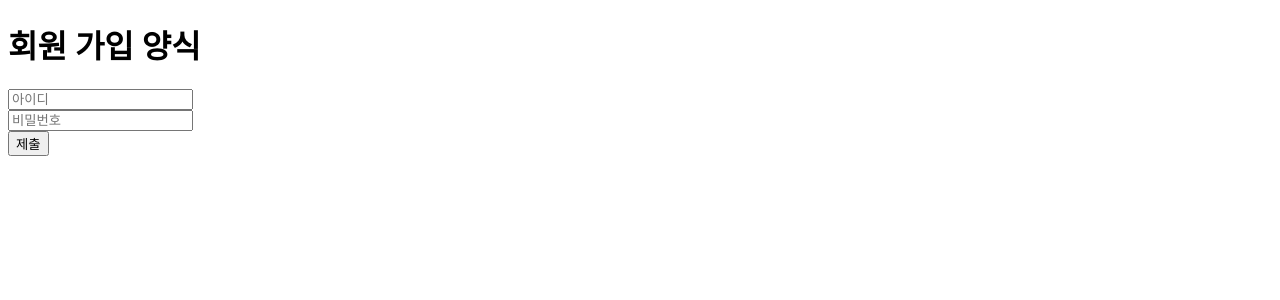
Repository: mickey530/jsp_practice
Page: http://localhost/JSPBasic/Formstudy/Formtest.jsp
These files come from the project's save history. The page is drawn as it stood at one moment and after the next save; the edit follows.
The browser window is 1280 px wide. The pictures show the whole page.
The page is served by Tomcat 9.

Above is the page before, as saved 2022-02-03 03:27:29.

After the next save:
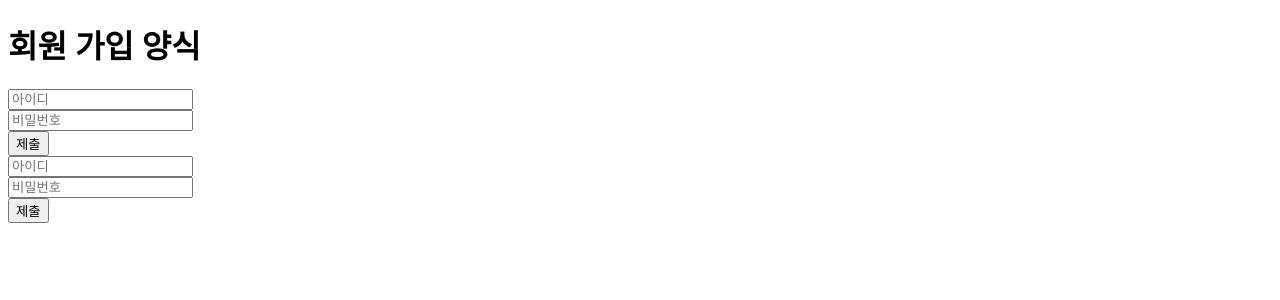
Saved 19 min 58 s later.
--- a/JSPBasic/src/main/webapp/Formstudy/Formtest.jsp
+++ b/JSPBasic/src/main/webapp/Formstudy/Formtest.jsp
@@ -9,7 +9,13 @@
 </head>
 <body>
 	<h1>회원 가입 양식</h1>
-	<form action="#" method="get">
+	<form action="#" method="get"> <!-- get 방식 -->
+		<input type="text" name="id" placeholder="아이디" /><br/>
+		<input type="passwoprd" name="pw" placeholder="비밀번호" /><br/>
+		<input type="submit" value="제출"/><br/>
+	</form>
+
+		<form action="#" method="post"> <!-- post 방식 -->
 		<input type="text" name="id" placeholder="아이디" /><br/>
 		<input type="passwoprd" name="pw" placeholder="비밀번호" /><br/>
 		<input type="submit" value="제출"/><br/>
